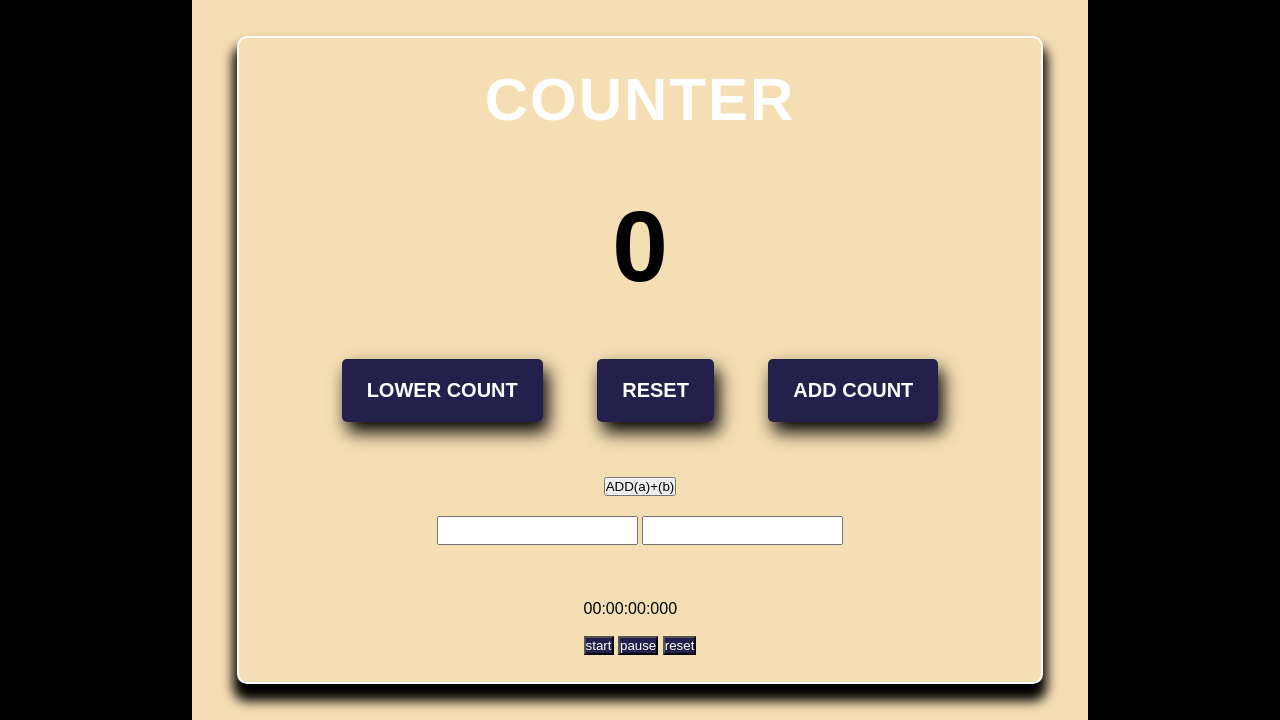
Repository: Seryozha02/Calculator
Page: calculator.html
The author's editor kept a copy of each file at every save. The page is drawn from the files as they stood at one save, then again after the next save.
The browser window is 1280 px wide. The pictures show the whole page.

Above is the page before, as saved 2022-02-15 13:16:08.

### calculator.html
<!DOCTYPE html>
<html lang="en">
  <head>
    <meta charset="UTF-8" />
    <meta http-equiv="X-UA-Compatible" content="IE=edge" />
    <meta name="viewport" content="width=device-width, initial-scale=1.0" />
    <link rel="stylesheet" href="./calculator.css" />
    <title>Counter</title>
  </head>
  <body>
    <div class="body">
        <div class="parent">
            <div class="main">
                <div class="countText">
                    <h1>COUNTER</h1>
                </div>
                <div class="number">
                    <p id="num">0</p>
                </div>
                <div class="options">
                    <button class="leftButton">LOWER COUNT</button>
                    <button class="centerButton">RESET</button>
                    <button class="rightButton">ADD COUNT</button>
                </div>
                <div class="addABParent">
                    <button class="addAB">ADD(a)+(b)</button>
                    <input type="number" id="inputNum1"><span class="plyus"></span>
                    <input type="number" id="inputNum2"><span class="equals"></span>
                    <span id="valueOfSum"></span>
                </div>
                <form name="form_main">
                    <div class="timer">
                      <span id="hour">00</span>:<span id="minute">00</span>:<span id="second">00</span>:<span id="millisecond">000</span>
                    </div>

                    <br />

                    <button type="button" name="start" class="start">start</button>
                    <button type="button" name="pause" class="pause">pause</button>
                    <button type="button" name="reset" class="reset">reset</button>
                  </form>

            </div>
        </div>
    </div>
    <script src="./calculator.js"></script>
  </body>
</html>

### calculator.css
* {
    margin: 0;
    padding: 0;
    box-sizing: border-box;
    font-family: 'Poppins', sans-serif;
}

.body {
    background-color: black;
    position: absolute;
    width: 100%;
    height: 100%;
    display: flex;
    align-items: center;
    justify-content: center;
}

.parent {
    background-color: wheat;
    position: relative;
    width: 70%;
    height: 100%;
    display: flex;
    align-items: center;
    justify-content: center;
}
.timer{
    margin-right: 15px;
}

.main {
    background-color: wheat;
    position: relative;
    width: 90%;
    height: 90%;
    display: flex;
    align-items: center;
    justify-content: center;
    flex-direction: column;
    border: 2px solid white;
    border-radius: 10px;
    box-shadow: 0px 13px 12px 4px;
    display: flex;
    flex-direction: column;
    justify-content: space-around;
}

.countText {
    display: flex;
    align-items: center;
    justify-content: center;
    letter-spacing: 2px;
    color: white;
    font-size: 30px;
}

.number {
    font-size: 100px;
    font-weight: 600;
    color: black(42, 44, 42);
}

.options button {
    background-color: rgba(7, 7, 63, 0.884);
    border-radius: 5px;
    color: white;
    font-size: 20px;
    font-weight: 600;
    cursor: pointer;
    border: none;
    padding: 20px 25px 20px 25px;
    box-shadow: 5px 10px 18px black;
}
.start{
    background-color: rgba(7, 7, 63, 0.884);
    color: white;
    cursor: pointer;
}

.pause{
    background-color: rgba(7, 7, 63, 0.884);
    color: white;
    cursor: pointer;
}


.reset{
    background-color: rgba(7, 7, 63, 0.884);
    color: white;
    cursor: pointer;
}

.options button:hover,
.btn button:hover {
    transform: scale(0.96);
}

.options button.leftButton {
    margin-right: 50px;
}

.options button.rightButton {
    margin-left: 50px;
}

.addABParent {
    text-align: -webkit-center;
}

.addAB {
    display: flex;
    margin-bottom: 20px;
}

input {
    padding: 5px 10px;
}

### calculator.js
const leftButton = document.querySelector(".leftButton");
const centerButton = document.querySelector(".centerButton");
const rightButton = document.querySelector(".rightButton");
const num = document.getElementById("num");
const addAB = document.querySelector(".addAB");
const valueOfSum = document.getElementById("valueOfSum");
const inputNum1 = document.getElementById("inputNum1");
const inputNum2 = document.getElementById("inputNum2");
const plyus = document.querySelector(".plyus")
const equals = document.querySelector(".equals")

let i = 0;
leftButton.addEventListener("click", function minus() {
    i--;
    num.innerHTML = i;
});

rightButton.addEventListener("click", function pulus() {
    i++;
    num.innerHTML = i;
});

centerButton.addEventListener("click", function reset() {
    i = 0;
    num.innerHTML = i;
});

function add(a) {
    return function name(b) {
        return a + b;
    }
}

addAB.addEventListener("click", function() {
    plyus.innerText = "+"
    equals.innerText = "="
    let inputNum1Value = Number(inputNum1.value);
    let inputNum2Value = Number(inputNum2.value);
    valueOfSum.innerText = add(inputNum1Value)(inputNum2Value)
});

let hour = 0;
let minute = 0;
let second = 0;
let millisecond = 0;

let cron;

document.form_main.start.onclick = () => start();
document.form_main.pause.onclick = () => pause();
document.form_main.reset.onclick = () => reset();

function start() {
    pause();
    cron = setInterval(() => { timer(); }, 10);
  }

  function pause() {
    clearInterval(cron);
  }

  function reset() {
    hour = 0;
    minute = 0;
    second = 0;
    millisecond = 0;
    document.getElementById('hour').innerText = '00';
    document.getElementById('minute').innerText = '00';
    document.getElementById('second').innerText = '00';
    document.getElementById('millisecond').innerText = '000';
  }
  function timer() {
    if ((millisecond += 10) == 1000) {
      millisecond = 0;
      second++;
    }
    if (second == 60) {
      second = 0;
      minute++;
    }
    if (minute == 60) {
      minute = 0;
      hour++;
    }
    document.getElementById('hour').innerText = returnData(hour);
    document.getElementById('minute').innerText = returnData(minute);
    document.getElementById('second').innerText = returnData(second);
    document.getElementById('millisecond').innerText = returnData(millisecond);
  }

  function returnData(input) {
    return input > 10 ? input : `0${input}`
  }

After the next save:
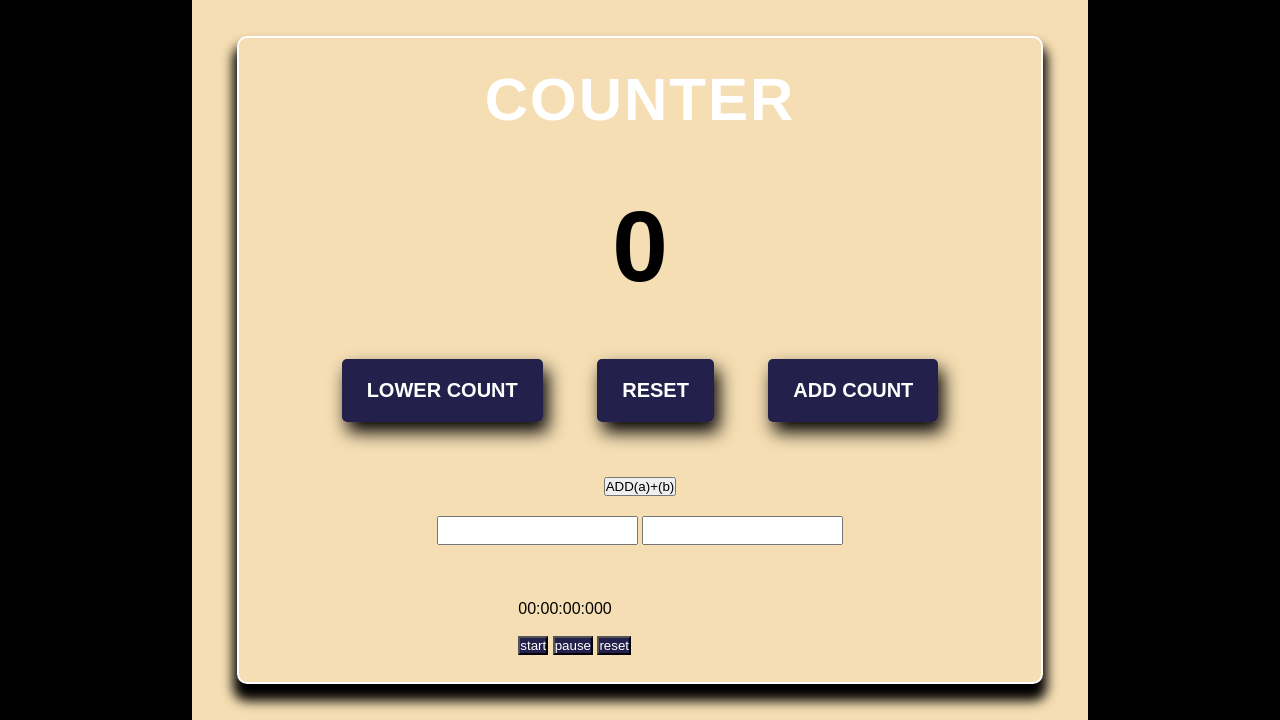
Saved 4 s later.
--- a/calculator.css
+++ b/calculator.css
@@ -25,7 +25,7 @@
     justify-content: center;
 }
 .timer{
-    margin-right: 15px;
+    margin-right: 150px;
 }
 
 .main {

After the 2 saves that followed:
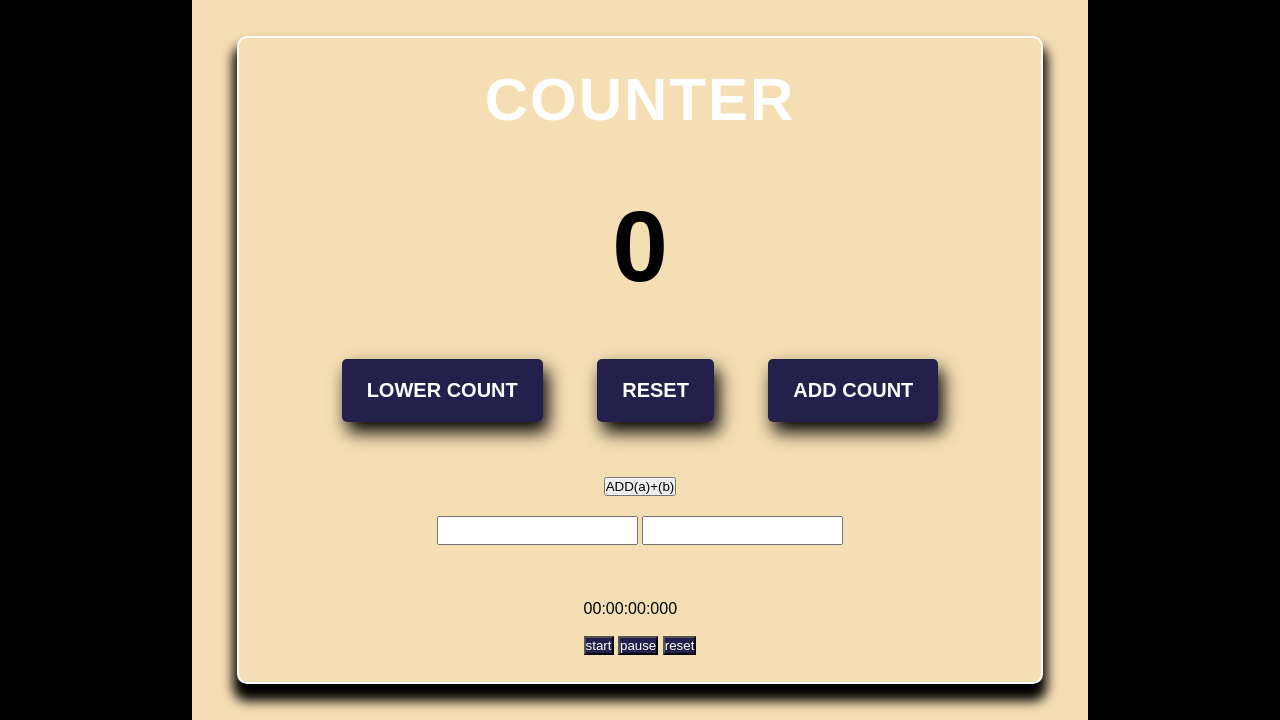
The 2 saves are shown as one change because they came seconds apart.
The last was saved 7 s later.
--- a/calculator.css
+++ b/calculator.css
@@ -25,7 +25,7 @@
     justify-content: center;
 }
 .timer{
-    margin-right: 150px;
+    margin-right: px;
 }
 
 .main {
